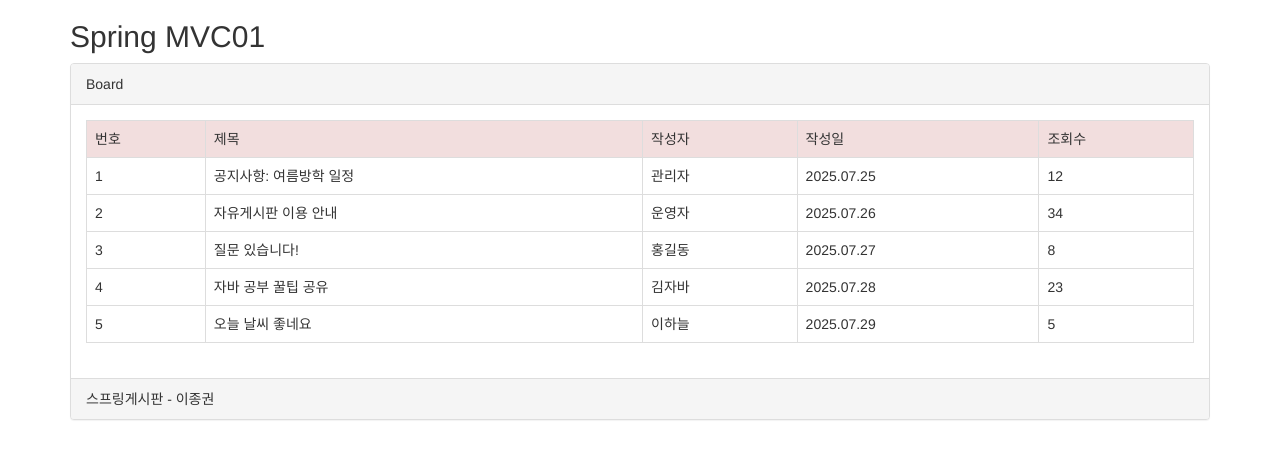
Repository: leejonggwon/PBG_SpringProject
Page: http://localhost/SpringMVC01/boardList.do
An editor plug-in stored every save of this project. The page is shown before and after the next save, followed by the edit.
The browser window is 1280 px wide. The pictures show the whole page.
The page is served by Tomcat 9.

Above is the page before, as saved 2025-08-01 04:58:40.

After the next save:
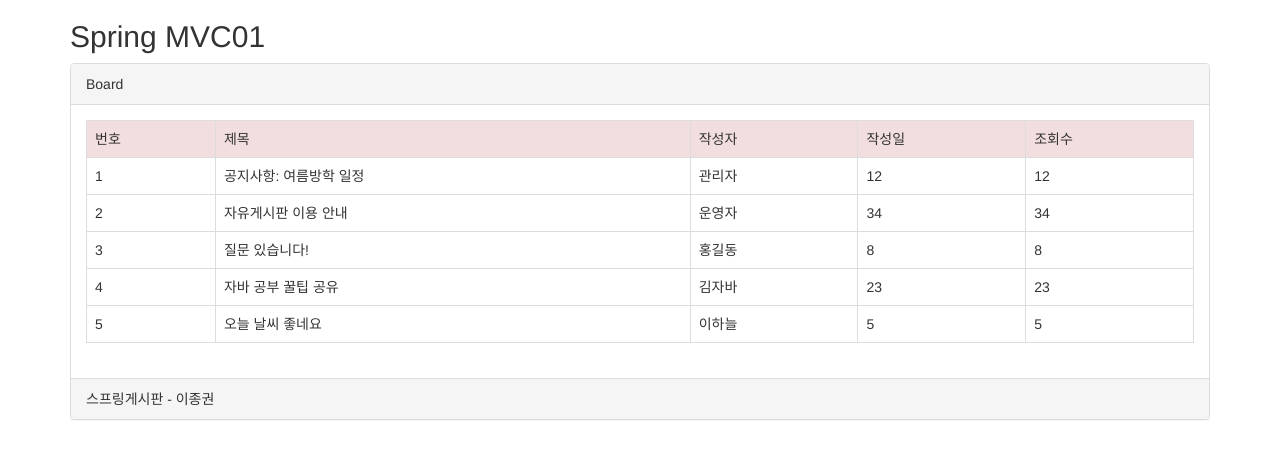
Saved 68 s later.
--- a/SpringMVC01/src/main/webapp/WEB-INF/views/boardList.jsp
+++ b/SpringMVC01/src/main/webapp/WEB-INF/views/boardList.jsp
@@ -32,7 +32,7 @@
 							<td>${i.count}</td>
 							<td>${vo.title}</td>
 							<td>${vo.writer}</td>
-							<td>${vo.indate}</td>
+							<td>${vo.count}</td>
 							<td>${vo.count}</td>
 						</tr>
 					</c:forEach>

After the save that followed:
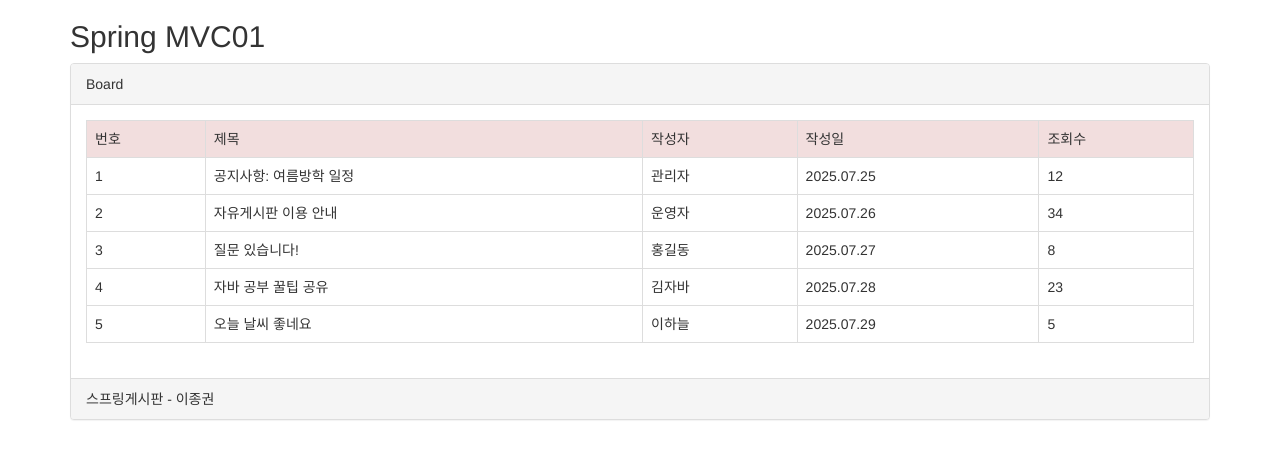
Saved 7 s later.
--- a/SpringMVC01/src/main/webapp/WEB-INF/views/boardList.jsp
+++ b/SpringMVC01/src/main/webapp/WEB-INF/views/boardList.jsp
@@ -32,7 +32,7 @@
 							<td>${i.count}</td>
 							<td>${vo.title}</td>
 							<td>${vo.writer}</td>
-							<td>${vo.count}</td>
+							<td>${vo.indate}</td>
 							<td>${vo.count}</td>
 						</tr>
 					</c:forEach>
